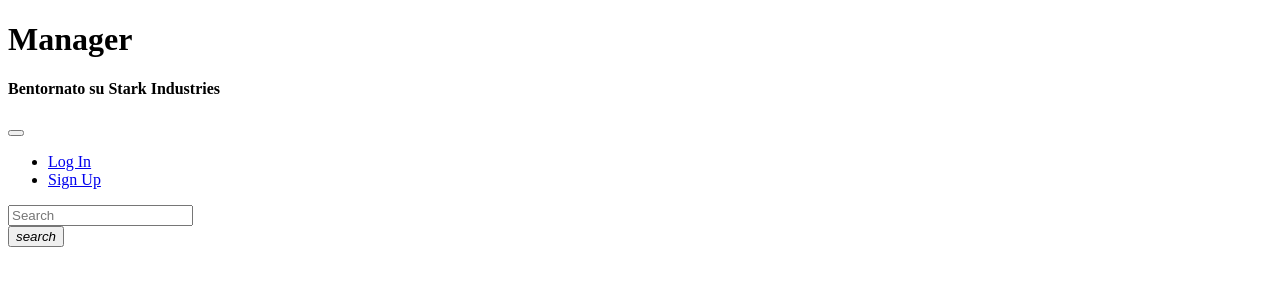
Repository: giovannispaziani/progetto_agile
Page: http://localhost/manager
The author's editor kept a copy of each file at every save. The page is drawn from the files as they stood at one save, then again after a run of saves.
The browser window is 1280 px wide. The pictures show the whole page.
The page is served by the project's Laravel application, run on PHP 8.4 with Laravel 8.

Above is the page before, as saved 2022-05-21 18:44:43.

After the next 3 saves:
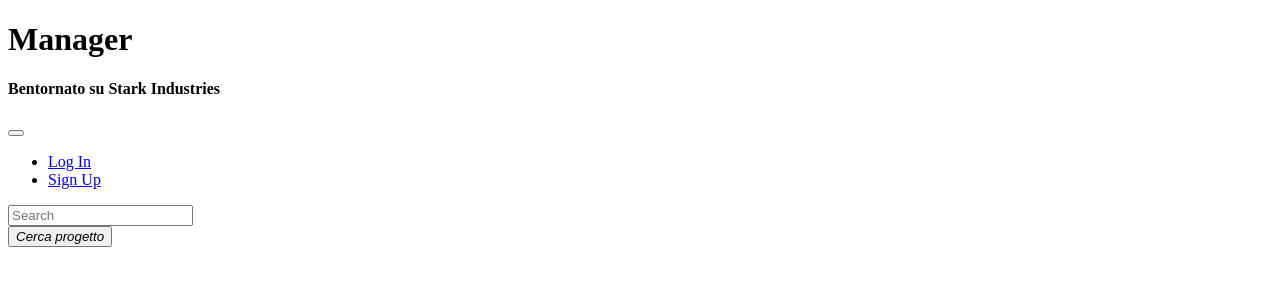
The 3 saves are shown as one change because they came seconds apart.
The last was saved 2 min 41 s later.
--- a/resources/views/manager/index.blade.php
+++ b/resources/views/manager/index.blade.php
@@ -30,7 +30,7 @@
               <input type="text" class="form-control" placeholder="Search">
             </div>
             <button type="submit" class="btn btn-neutral btn-icon btn-round">
-                <i class="material-icons">search</i>
+                <i class="material-icons">Cerca progetto</i>
             </button>
         </form>
       </div>
